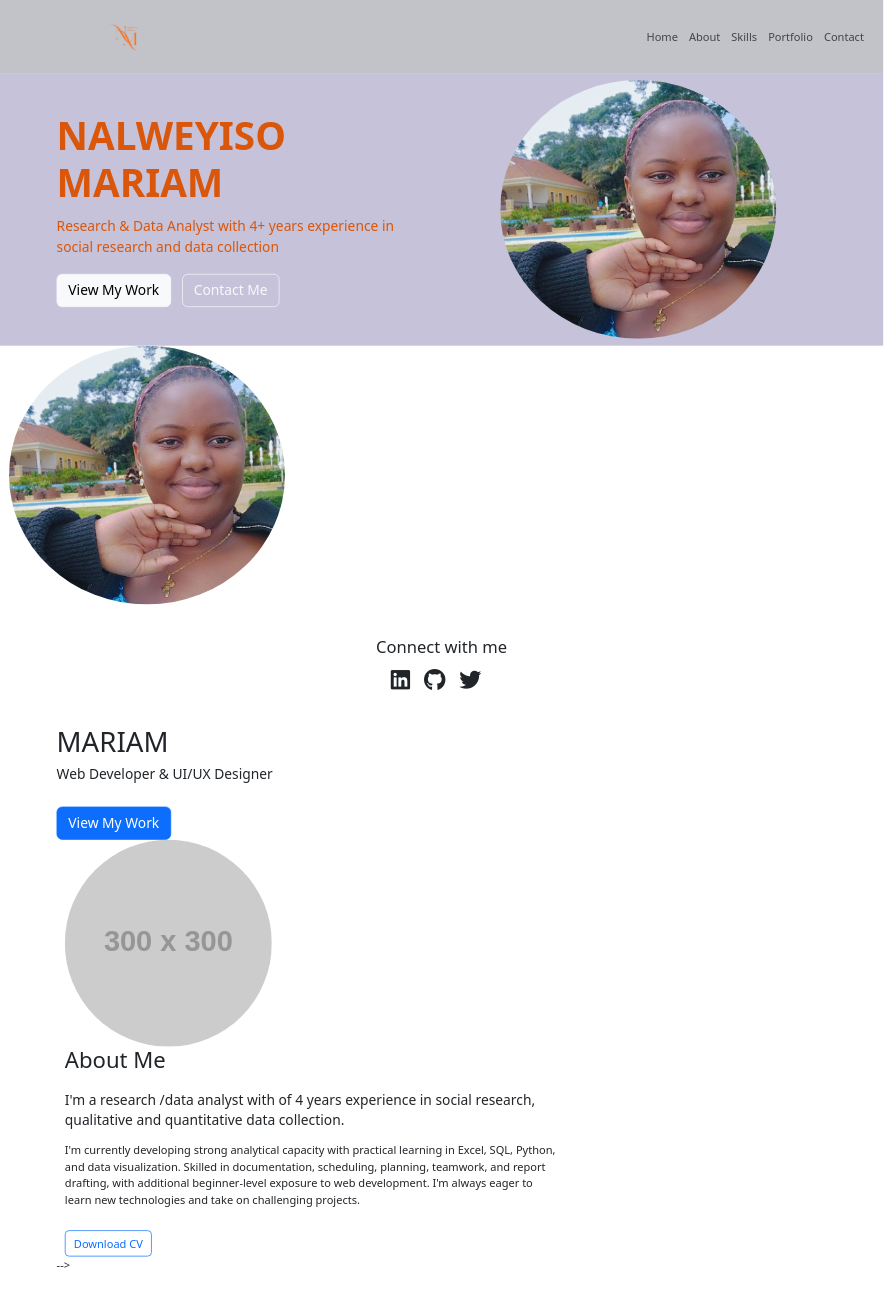
Repository: NalweMari/My-Personal-Portfolio
Page: index.html
An editor plug-in stored every save of this project. The page is shown before and after the next save, followed by the edit.
The browser window is 1280 px wide. The page is 1292 px wide, then 1280 px, so the pictures cover 1292 px, including what lies to the right of the window. The pictures show the whole page, at 69% of full size.

Above is the page before, as saved 2025-11-28 11:19:17.
Console error (its wording comes from the project's code and is left out).

### index.html
<!DOCTYPE html>
<html lang="en">

<head>
    <meta charset="UTF-8">
    <meta name="viewport" content="width=device-width, initial-scale=1.0">
    <title>My Portfolio</title>
    <link rel="stylesheet" href="style.css">
    <!-- Bootstrap CSS -->
    <link href="https://cdn.jsdelivr.net/npm/bootstrap@5.3.0/dist/css/bootstrap.min.css" rel="stylesheet">
    <!-- Font Awesome for icons -->
    <link rel="stylesheet" href="https://cdnjs.cloudflare.com/ajax/libs/font-awesome/6.4.0/css/all.min.css">

</head>

<body>
    <!-- Navigation -->

    <nav class="navbar navbar-expand-lg navbar-light bg-custom">
        <div class="container me-2">
            <a class="navbar-brand" href="#"><img src="images/Initials_Logo-preview (1).png" alt="Your Logo"
                    height="80"></a> <button class="navbar-toggler" type="button" data- 6 toggle="collapse"
                data-target="#navbarNav" aria-controls="navbarNav" aria-expanded="false" aria-label="Toggle navigation">
                <span class="navbar-toggler-icon"></span> </button>
            <div class="collapse navbar-collapse" id="navbarNav">
                <ul class="navbar-nav ms-auto">
                    <li class="nav-item"><a class="nav-link" href="#home">Home</a></li>
                    <li class="nav-item"><a class="nav-link" href="#about">About</a></li>
                    <li class="nav-item"><a class="nav-link" href="#skills">Skills</a></li>
                    <li class="nav-item"><a class="nav-link" href="#portfolio">Portfolio</a></li>
                    <li class="nav-item"><a class="nav-link" href="#contact">Contact</a></li>
                </ul>
            </div>
        </div>
    </nav>

    <!-- Hero Section -->
    <section id="home" class="hero-section">
        <div class="container">
            <div class="row align-items-center">
                <div class="col-lg-6">
                    <h1 class="display-4 fw-bold mb-3">NALWEYISO MARIAM</h1>
                    <p class="lead mb-4">Research & Data Analyst with 4+ years experience in social research and data collection</p>
                    <div class="d-flex flex-wrap gap-3">
                        <a href="#portfolio" class="btn btn-light btn-lg">View My Work</a>
                        <a href="#contact" class="btn btn-outline-light btn-lg">Contact Me</a>
                    </div>
                </div>
                <div class="col-lg-6 text-center mt-5 mt-lg-0">
                    <img src="images/Profile design.png" class="img-fluid rounded-circle large-profile" alt="Nalweyiso Mariam">
                </div>
            </div>
        </div>
    </section>

    <!-- Hero Section
    <!-- <section id="home" class="hero-section text-center">
        <div class="container">
            <h1 class="display-4 fw-bold">MARIAM</h1>
            <p class="lead">Web Developer & UI/UX Designer</p>
            <a href="#projects" class="btn btn-primary btn-lg mt-3">View My Work</a>
        </div>
    </section> -->
    <!-- <section id="home" class="hero-section text-center">
        <div class="container">
            <div class="row align-items-center">
                <div class="col-md-8">
                    <h1 class="display-4 fw-bold">Hello!</h1>
                    <h2 class="mb-4">I'm Nalweyiso Mariam.</h2>
                    <p class="lead">An Aspiring Data & Research Professional | Admin & Analytics</p>
                    <p></p>
                    <!-- <a href="#projects" class="btn btn-primary btn-lg mt-3">View My Work</a>
                    <a href="#" class="btn btn-outline-primary mt-3">Download CV</a> -->
                </div>
                <div class="col-md-4 text-center mb-4">
                    <img src="images/Profile design.png" alt="Profile" class="img-fluid rounded-circle large-profile">
                </div>
                <div class="row mt-5">
                    <div class="col text-center">
                        <h4>Connect with me</h4>
                        <div class="mt-3">
                            <a href="#" class="text-dark me-3"><i class="fab fa-linkedin fa-2x"></i></a>
                            <a href="#" class="text-dark me-3"><i class="fab fa-github fa-2x"></i></a>
                            <a href="#" class="text-dark me-3"><i class="fab fa-twitter fa-2x"></i></a>
                        </div>
                    </div>
                </div>
    </section>
    <!-- About Section -->

    <section id="about" class="py-5">
        <div class="container">
            <h1 class="">MARIAM</h1>
            <p class="lead">Web Developer & UI/UX Designer</p>
            <a href="#projects" class="btn btn-primary btn-lg mt-3">View My Work</a>
            <section id="about" class="">
                <div class="container">
                    <div class="row align-items-center">
                        <div class="display-4 fw-bold">
                            <img src="https://via.placeholder.com/300" alt="Profile" class="img-fluid rounded-circle">
                        </div>
                        <div class="col-md-8">
                            <h2 class="mb-4">About Me</h2>
                            <p class="lead">I'm a research /data analyst with of 4 years
                                experience in social research, qualitative and quantitative data collection.</p>
                            <p>I'm currently developing strong analytical capacity with practical learning in Excel,
                                SQL,
                                Python,
                                and data visualization. Skilled in documentation, scheduling, planning, teamwork, and
                                report
                                drafting, with additional beginner-level exposure to web development. I'm always eager
                                to learn
                                new technologies and take on challenging projects.</p>
                            <a href="#" class="btn btn-outline-primary mt-3">Download CV</a>
                        </div>
                    </div>
                </div>
            </section>  -->
            <script src="https://stackpath.bootstrapcdn.com/bootstrap/4.5.2/js/bootstrap.min.js"></script>
</body>

</html>

### Style.css
.bg-custom {
  background-color: rgba(3, 0, 31, 0.24);
}

.hero-section {
  background-color: rgba(13, 3, 99, 0.24);
  color:  rgb(218, 86, 10);
     /* color: white; */
  padding: 10px 0;
}
.large-profile {
    width: 400px;
    height: 400px;
    object-fit: cover;
}
/* .skill-bar {
  height: 20px;
  background-color: #e9ecef;
  border-radius: 5px;
  margin-bottom: 15px;
}
.skill-progress {
  height: 100%;
  border-radius: 5px;
  background-color: #0d6efd;
}
.project-card {
  transition: transform 0.3s;
}
.project-card:hover {
  transform: translateY(-5px);
} */

After the next save:
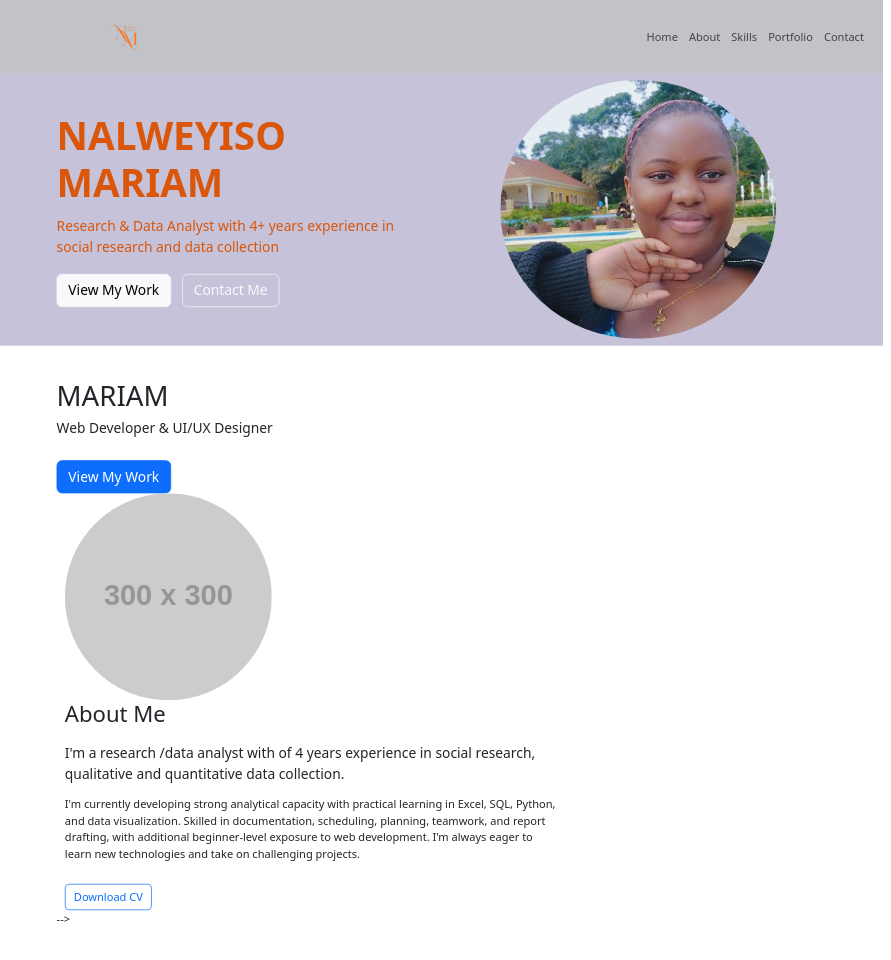
Saved 15 s later.
--- a/index.html
+++ b/index.html
@@ -71,7 +71,7 @@
                     <p></p>
                     <!-- <a href="#projects" class="btn btn-primary btn-lg mt-3">View My Work</a>
                     <a href="#" class="btn btn-outline-primary mt-3">Download CV</a> -->
-                </div>
+                <!-- </div>
                 <div class="col-md-4 text-center mb-4">
                     <img src="images/Profile design.png" alt="Profile" class="img-fluid rounded-circle large-profile">
                 </div>
@@ -85,7 +85,7 @@
                         </div>
                     </div>
                 </div>
-    </section>
+    </section> -->
     <!-- About Section -->
 
     <section id="about" class="py-5">
